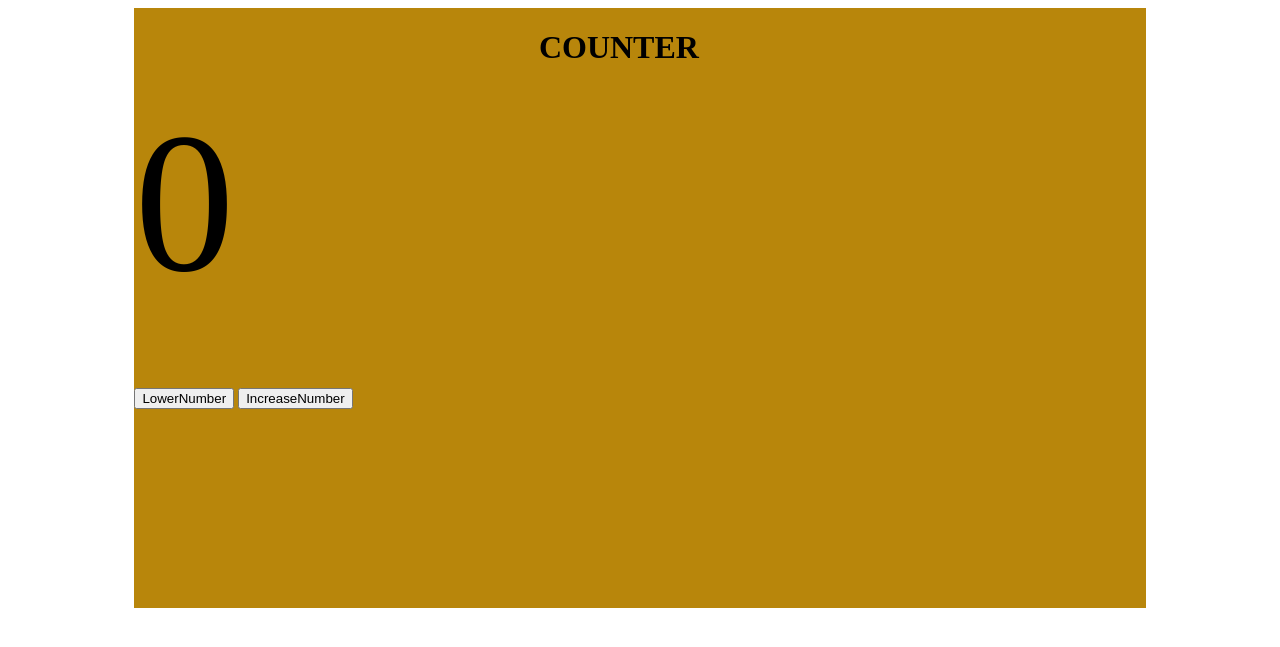
Repository: Sgalstyan06/counterNum
Page: index.html
The author's editor kept a copy of each file at every save. The page is drawn from the files as they stood at one save, then again after the next save.
The browser window is 1280 px wide. The pictures show the whole page.

Above is the page before, as saved 2022-02-14 16:53:18.

After the next save:
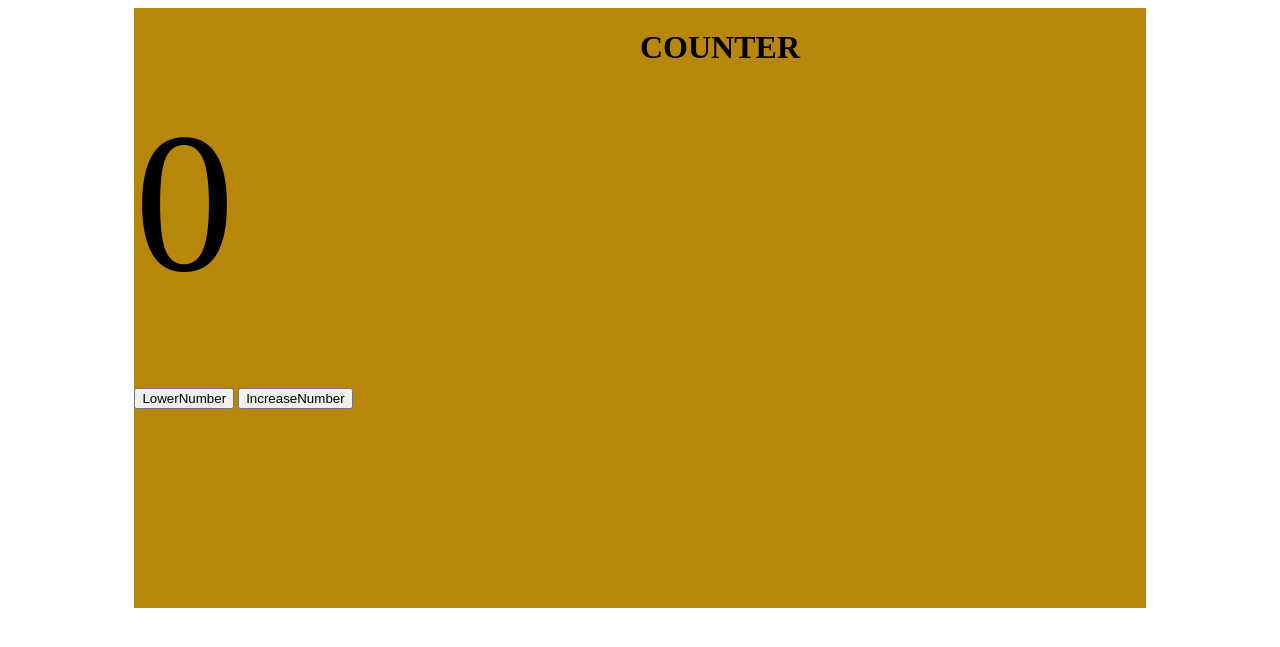
Saved 12 s later.
--- a/style.css
+++ b/style.css
@@ -7,7 +7,7 @@
     flex-direction: column;
 }
 h1{
-   padding-left: 40%;
+   padding-left: 50%;
 }
 
 .result{
